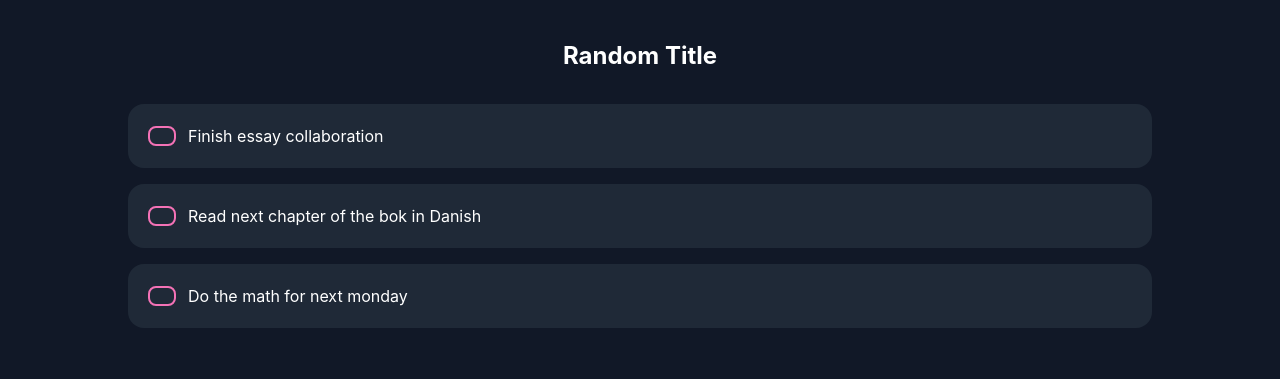
Repository: VachArt/react-exam-work
Page: /about
These files come from the project's save history. The page is drawn as it stood at one moment and after the next save; the edit follows.
The browser window is 1280 px wide. The pictures show the whole page.
The project was rebuilt for these pictures with package versions that can differ from the ones it lists, and the page was loaded fresh each time.

Above is the page before, as saved 2022-04-27 20:02:32.

### src/index.jsx
import React from 'react'
import ReactDOM from 'react-dom/client'
import './index.css'
import Home from './components/pages/Home/Home'
import Layout from './components/layout/Layout'

const root = ReactDOM.createRoot(document.getElementById('root'));
root.render(
  <React.StrictMode>
    <Layout>
      <Home />
    </Layout>
  </React.StrictMode>
);

### src/components/pages/Home/Home.jsx
import React, { useState } from 'react'
import TodoItem from './item/TodoItem'

const data = [
    {
        _id: "efnejhj",
        title: "Finish essay collaboration",
        isCompleted: false,
    },
    {
        _id: "efnejhrrrr",
        title: "Read next chapter of the bok in Danish",
        isCompleted: false,
    },
    {
        _id: "efnejhj2323",
        title: "Do the math for next monday",
        isCompleted: false,
    }
]

const Home = () => {
    const [todos, setTodos] = useState(data)

    const changeTodo = (id) => {
        const copy = [...todos]
        const current = copy.find(t => t._id === id)
        current.isCompleted = !current.isCompleted
        setTodos(copy)
    }

    return (
        <div className='text-white w-4/5 mx-auto'>
            <h1 className='text-2xl font-bold text-center mb-8'>Random Title</h1>
            {todos.map(todo => (
                <TodoItem key={todo._id} todo={todo} changeTodo={changeTodo} />
            ))}
        </div>
    )
}

export default Home

### src/components/layout/Layout.jsx
import React from 'react'

const Layout = ({ children }) => {
    return <div className='py-10 bg-gray-900 h-screen'>{children}</div>
}

export default Layout

### src/components/pages/Home/item/TodoItem.jsx
import React from 'react'
import Check from './Check'

const TodoItem = ({todo, changeTodo}) => {
    return (
        <button className='flex items-center mb-4 rounded-2xl bg-gray-800 p-5 w-full'
            onClick={() => changeTodo(todo._id)}
        >
            <Check isCompleted={todo.isCompleted} />
            {todo.title}
        </button>
    )
}



export default TodoItem

### src/components/pages/Home/item/Check.jsx
import React from 'react'
import {BsCheck} from 'react-icons/bs'


const Check = ({isCompleted}) => {
    return (
        <div className={`border-2 rounded-lg border-pink-400
            ${isCompleted ? 'bg-pink-400' : ''}
            w-7 h-5 mr-3 flex items-center justify-center`}
        >
            {isCompleted && <BsCheck size={24}
            className='text-gray-900'/>}
        </div>
    )
}

export default Check

Loaded but not shown: public/index.html (common file); src/index.css (common file); tailwind.config.js (common file)

After the next save:
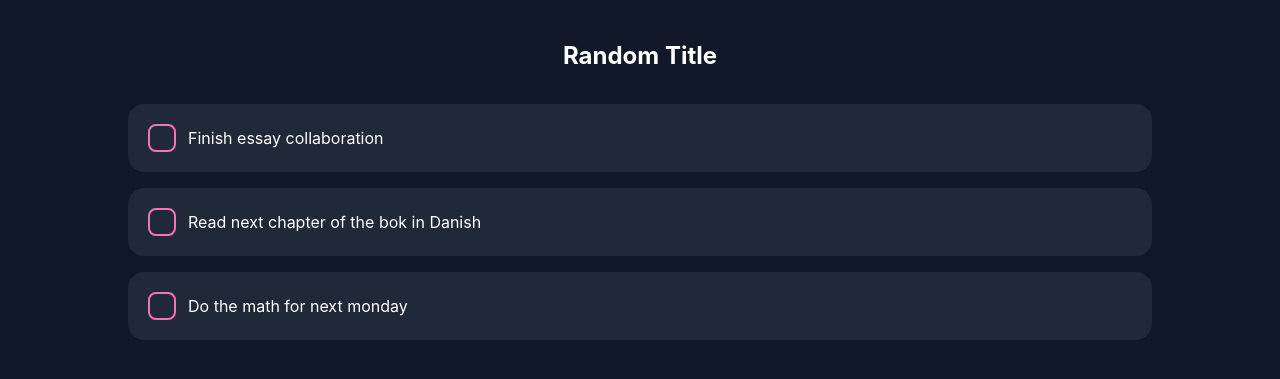
Saved 9 s later.
--- a/src/components/pages/Home/item/Check.jsx
+++ b/src/components/pages/Home/item/Check.jsx
@@ -6,7 +6,7 @@ const Check = ({isCompleted}) => {
     return (
         <div className={`border-2 rounded-lg border-pink-400
             ${isCompleted ? 'bg-pink-400' : ''}
-            w-7 h-5 mr-3 flex items-center justify-center`}
+            w-7 h-7 mr-3 flex items-center justify-center`}
         >
             {isCompleted && <BsCheck size={24}
             className='text-gray-900'/>}
